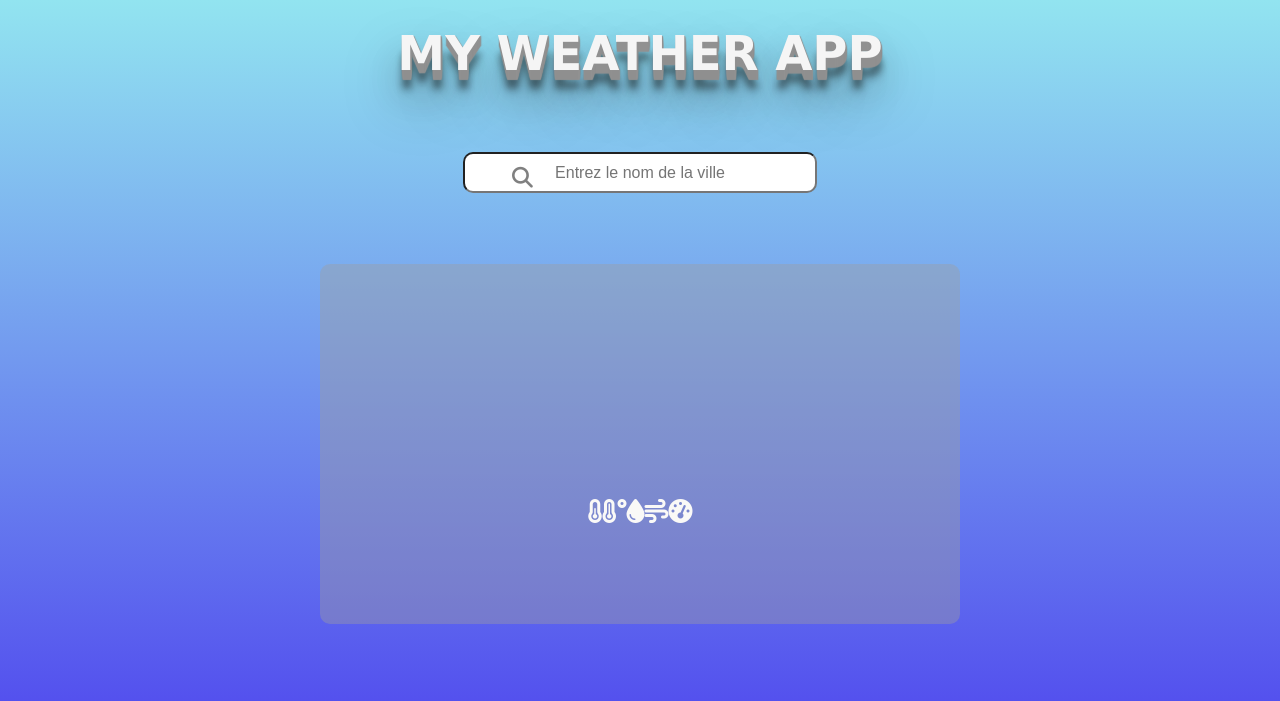
Repository: JeffnyAugustin/MyWeatherApp
Page: index.html
These files come from the project's save history. The page is drawn as it stood at one moment and after the next save; the edit follows.
The browser window is 1280 px wide. The pictures show the whole page.

Above is the page before, as saved 2023-11-15 17:54:55.

After the next save:
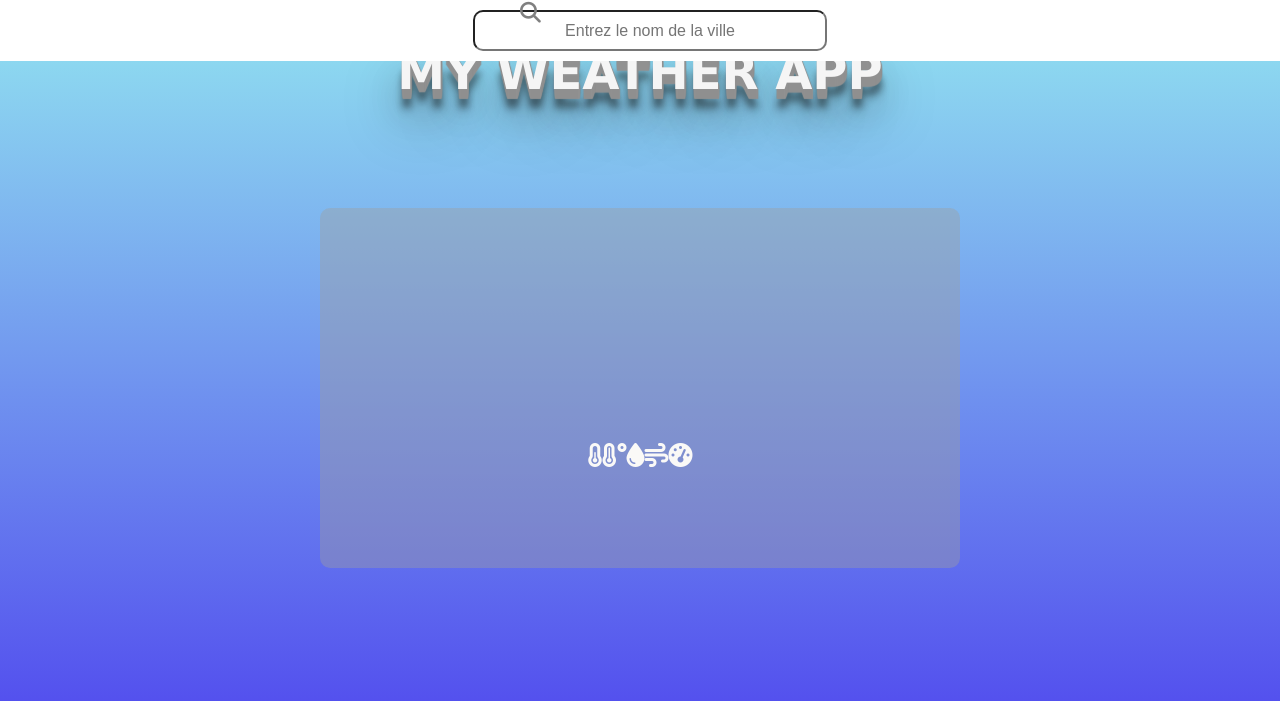
Saved 3 min 8 s later.
--- a/css/style.css
+++ b/css/style.css
@@ -22,7 +22,16 @@ body {
 }
 
 
-
+#searchContainer {
+    position: fixed;
+    top: 0;
+    left: 0;
+    width: 100%;
+    background-color: #fff;
+    padding: 10px;
+    z-index: 1000;
+    display: flex;
+}
 #searchBox {
     width: 350px; /* Ajustez la largeur selon vos besoins */
     margin: 0 auto; /* Centrez la barre de recherche horizontalement */
